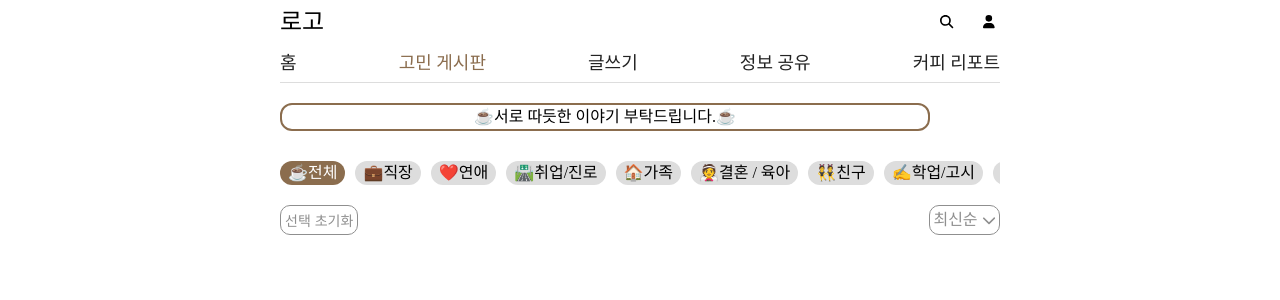
Repository: zlazlazla35/coffee
Page: /list
An editor plug-in stored every save of this project. The page is shown before and after the next save, followed by the edit.
The browser window is 1280 px wide. The pictures show the whole page.
Some web fonts or font styles are not loaded; a fallback is used. The project was rebuilt for these pictures with package versions that can differ from the ones it lists, and the page was loaded fresh each time. The framework's server and built-in components were replaced by stand-ins that run in the browser. Also part of the build but not shown: next.config.mjs.

Above is the page before, as saved 2024-12-26 20:53:50.

### src/app/layout.js
import { Geist, Geist_Mono } from "next/font/google";
import "./globals.css";
import Link from "next/link";
import { FontAwesomeIcon } from '@fortawesome/react-fontawesome'
import { faMagnifyingGlass, faUser } from '@fortawesome/free-solid-svg-icons'
import NavMenu from "./component/NavMenu";

const geistSans = Geist({
  variable: "--font-geist-sans",
  subsets: ["latin"],
});

const geistMono = Geist_Mono({
  variable: "--font-geist-mono",
  subsets: ["latin"],
});

export const metadata = {
  title: "Create Next App",
  description: "Generated by create next app",
};

export default function RootLayout({ children }) {
  return (
    <html lang="en">
      <body className={`${geistSans.variable} ${geistMono.variable}`}>
        <div className="nav_bar">
          <div className="nav_bar_top">
            <Link className="logo" href={'/'}>로고</Link>
            <div className="userBox">
              <button>
                <FontAwesomeIcon icon={faMagnifyingGlass} />
              </button>
              <button>
                <FontAwesomeIcon icon={faUser} />
              </button>
            </div>
          </div>
          <div className="nav_bar_bottom">
          <NavMenu></NavMenu>
          </div>
        </div>
        {children}
      </body>
    </html>
  );
}

### src/app/list/page.js
'use client'
import { useEffect, useRef, useState } from "react"
import { FontAwesomeIcon } from '@fortawesome/react-fontawesome'
import { faChevronDown } from '@fortawesome/free-solid-svg-icons'

export default function List() {
    let [tagList, setTagList] = useState(['☕전체', '💼직장', '❤️연애', '🛣️취업/진로', '🏠가족', '👰결혼 / 육아', '👯친구', '✍️학업/고시', '🚫중독', '💰사업 / 금전', '💉질병 / 질환']);
    let [tagActive, setTagActive] = useState([true, false, false, false, false, false, false, false, false, false, false]);
    let [selectList, setSelectList] = useState(['최신순', '오랜된순', '인기순'])
    let [userSelect, setUserSelect] = useState('')
    const userMenu = useRef();
    const [isOpen, setIsOpen] = useState(false);



    const modalCloseHandler = ({ target }) => {
        if (isOpen && !userMenu.current.contains(target)) setIsOpen(false);
    };

    useEffect(() => {
        window.addEventListener('click', modalCloseHandler);
        return () => {
            window.removeEventListener('click', modalCloseHandler);
        };
    });





    return (
        <div className="liset_page">
            <div className="top_border">
                ☕서로 따듯한 이야기 부탁드립니다.☕
            </div>
            <div className="tag">
                <ul className="tag_list">
                    {
                        tagList.map((item, i) => {

                            return (
                                <li className={tagActive[i] == true ? 'on' : null} key={i} onClick={(e) => {
                                    let copy = [...tagActive];

                                    if (copy[i] == false) {
                                        copy[i] = true;
                                        setTagActive(copy);
                                    } else {
                                        copy[i] = false;
                                        setTagActive(copy);
                                    }

                                    if (e.target.innerHTML !== '☕전체') {
                                        copy[0] = false;
                                        setTagActive(copy);
                                    } else {
                                        let copy2 = [true, false, false, false, false, false, false, false, false, false, false];
                                        setTagActive(copy2);
                                    }
                                }} >{item}</li>
                            )
                        })
                    }
                </ul>
            </div>
            <div className="filterBox">
                <button className="tag_reset">선택 초기화</button>
                <div className="filterSelectBox" ref={userMenu} onClick={() => {
                    setIsOpen(!isOpen)
                }}>
                    <h2 className="title">최신순<FontAwesomeIcon icon={faChevronDown} /></h2>
                    {
                        isOpen ?
                            <ul className="filterSelect">
                                {
                                    selectList.map((item, i)=>{
                                        return(
                                            <li key={i} onClick={(e)=>{
                                                console.log(e.target.innerHTML)
                                            }}>{item}</li>
                                        )
                                    })
                                }
                            </ul>
                            :
                            null
                    }
                </div>
            </div>
        </div>
    )
}

//

### src/app/globals.css
@font-face {
    font-family: 'Ownglyph_StudyHard-Rg';
    src: url('https://fastly.jsdelivr.net/gh/projectnoonnu/2411-3@1.0/Ownglyph_StudyHard-Rg.woff2') format('woff2');
    font-weight: normal;
    font-style: normal;
}
/* /styles/reset.css */
body {font-family: 'Ownglyph_StudyHard-Rg' !important;}
html, body, div, span, applet, object, iframe,
h1, h2, h3, h4, h5, h6, p, blockquote, pre,
a, abbr, acronym, address, big, cite, code,
del, dfn, em, img, ins, kbd, q, s, samp,
small, strike, strong, sub, sup, tt, var,
b, u, i, center,
dl, dt, dd, ol, ul, li,
fieldset, form, label, legend,
table, caption, tbody, tfoot, thead, tr, th, td,
article, aside, canvas, details, embed,
figure, figcaption, footer, header, hgroup,
menu, nav, output, ruby, section, summary,
time, mark, audio, video {
	margin: 0;
	padding: 0;
	border: 0;
	font-size: 100%;
	font: inherit;
	vertical-align: baseline;
}
/* HTML5 display-role reset for older browsers */
article, aside, details, figcaption, figure,
footer, header, hgroup, menu, nav, section {
	display: block;
}
body {
	line-height: 1;
}
ol, ul {
	list-style: none;
}
blockquote, q {
	quotes: none;
}
blockquote:before, blockquote:after,
q:before, q:after {
	content: '';
	content: none;
}
table {
	border-collapse: collapse;
	border-spacing: 0;
}
input:focus {outline: none;}
a {text-decoration: none; color: inherit;}


.nav_bar {width: 100%; max-width: 720px; margin: 0 auto;}
.nav_bar .nav_bar_top {width: 100%; display: flex; align-items: center; justify-content: space-between; box-sizing: border-box; padding: 10px 0; }
.nav_bar .nav_bar_top .logo {font-size: 24px; }
.nav_bar .nav_bar_top .userBox {display: flex; align-items: center;}
.nav_bar .nav_bar_top .userBox button {width: 22px; display: block; background: none; border: none; padding: 0;}
.nav_bar .nav_bar_top .userBox button {margin-right: 20px;}
.nav_bar .nav_bar_top .userBox button:last-child {margin-right: 0;}
.nav_bar .nav_bar_bottom {width: 100%; }
.nav_bar .nav_bar_bottom .nav_list {display: flex; align-items: center; justify-content: space-between; box-sizing: border-box; padding: 10px 0; border-bottom: 1px solid #ddd;}
.nav_bar .nav_bar_bottom .nav_list li { font-size: 18px; color: #232323; }
.nav_bar .nav_bar_bottom .nav_list li a.active {color: #8b6d4e; }


.liset_page {width: 100%; max-width: 720px; margin: 0 auto;}
.liset_page .top_border {width: 100%; max-width: 650px; border: 2px solid #8b6d4e; border-radius: 12px; display: flex; align-items: center; justify-content: center; font-size: 16px; box-sizing: border-box; padding: 4px; margin: 20px 0 30px;}
.liset_page .tag {width: 100%;}
.liset_page .tag .tag_list {width: 100%; display: flex; align-items: center; white-space: nowrap; overflow-x: scroll;}
.liset_page .tag .tag_list::-webkit-scrollbar {height: 8px;}
.liset_page .tag .tag_list::-webkit-scrollbar-thumb {background: #a89f96; border-radius: 10px; }
.liset_page .tag .tag_list::-webkit-scrollbar-track {background: rgba(123, 87, 8, 0.1); }
.liset_page .tag .tag_list li {background: #ddd; font-size: 16px; box-sizing: border-box; padding: 4px 8px; border-radius: 12px; margin-right: 10px; cursor: pointer;}
.liset_page .tag .tag_list li:last-child {margin-right: 0;}
.liset_page .tag .tag_list li.on {background: #8b6d4e; color: #fff;}
.liset_page .filterBox {width: 100%; display: flex; align-items: center; justify-content: space-between;}
.liset_page .filterBox .filterSelectBox {display: flex; position: relative; border: 1px solid #8f8f8f; border-radius: 10px; width: 100%; max-width: 69px; height: 28px; align-items: center; justify-content: center; margin: 20px 0; cursor: pointer;}
.liset_page .filterBox .filterSelectBox .title {font-size: 16px; color: #8f8f8f;}
.liset_page .filterBox .filterSelectBox .title svg {font-size: 14px; margin-left: 4px;}
.liset_page .filterBox .filterSelectBox .filterSelect {position: absolute; left: 50%; top: 34px; width: 100%; transform: translateX(-50%); border-radius: 8px; overflow: hidden;}
.liset_page .filterBox .filterSelectBox .filterSelect {width: 100%; box-shadow: 2px 2px 12px rgba(0, 0, 0, 0.2);}
.liset_page .filterBox .filterSelectBox .filterSelect li {width: 100%; text-align: center; box-sizing: border-box; padding: 6px 0; border-bottom: 1px solid #ddd; font-size: 16px; color: #8f8f8f;}


.liset_page .filterBox .tag_reset{display: inline-block; box-sizing: border-box; padding: 4px; border: 1px solid #8f8f8f; background: none; color: #8f8f8f; font-size: 14px; border-radius: 10px;}

### src/app/component/NavMenu.js
'use client'

import Link from "next/link";
import { usePathname } from "next/navigation";

export default function NavMenu() {
    const pathname = usePathname();

    return (
        <ul className="nav_list">
            <li>
                <Link href={'/'}>홈</Link>
            </li>
            <li>
                <Link className={pathname == '/list'? 'active' : null} href={'/list'}>고민 게시판</Link>
            </li>
            <li>
                <Link className={pathname == '/writing'? 'active' : null} href={'/writing'}>글쓰기</Link>
            </li>
            <li>
                <Link className={pathname == '/share'? 'active' : null} href={'/share'}>정보 공유</Link>
            </li>
            <li>
                <Link className={pathname == '/report'? 'active' : null} href={'/report'}>커피 리포트</Link>
            </li>
        </ul>
    )
}

After the next save:
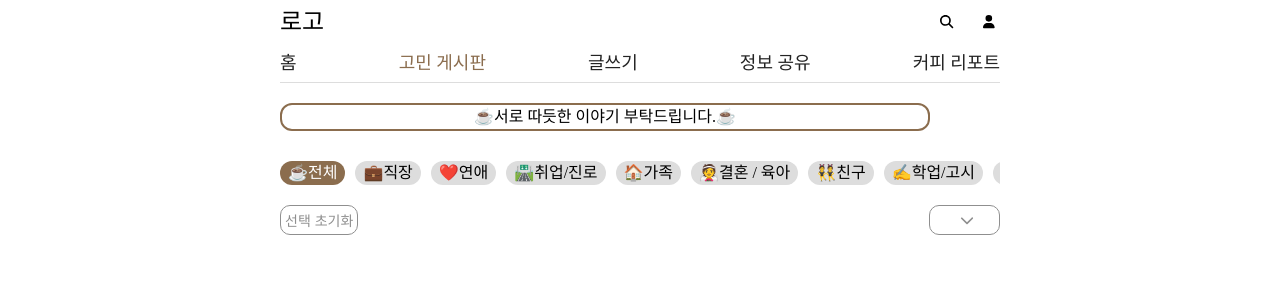
Saved 34 s later.
--- a/src/app/list/page.js
+++ b/src/app/list/page.js
@@ -68,7 +68,7 @@ export default function List() {
                 <div className="filterSelectBox" ref={userMenu} onClick={() => {
                     setIsOpen(!isOpen)
                 }}>
-                    <h2 className="title">최신순<FontAwesomeIcon icon={faChevronDown} /></h2>
+                    <h2 className="title">{userSelect}<FontAwesomeIcon icon={faChevronDown} /></h2>
                     {
                         isOpen ?
                             <ul className="filterSelect">
@@ -76,7 +76,7 @@ export default function List() {
                                     selectList.map((item, i)=>{
                                         return(
                                             <li key={i} onClick={(e)=>{
-                                                console.log(e.target.innerHTML)
+                                                setUserSelect(e.target.innerHTML);
                                             }}>{item}</li>
                                         )
                                     })

After the save that followed:
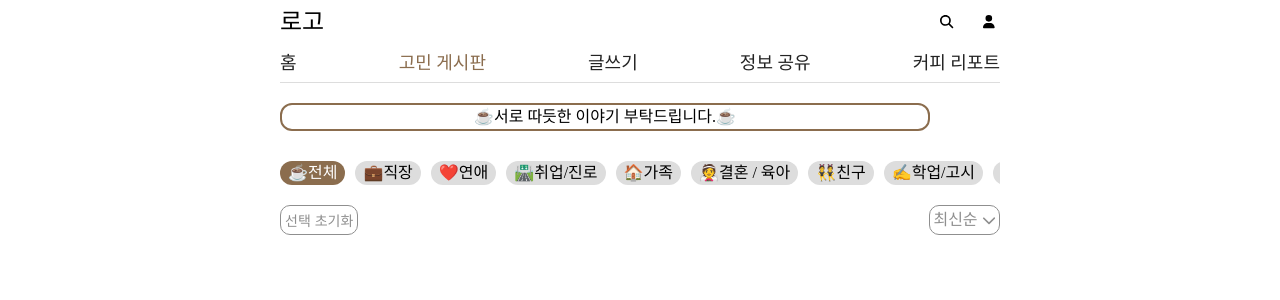
Saved 6 s later.
--- a/src/app/list/page.js
+++ b/src/app/list/page.js
@@ -7,7 +7,7 @@ export default function List() {
     let [tagList, setTagList] = useState(['☕전체', '💼직장', '❤️연애', '🛣️취업/진로', '🏠가족', '👰결혼 / 육아', '👯친구', '✍️학업/고시', '🚫중독', '💰사업 / 금전', '💉질병 / 질환']);
     let [tagActive, setTagActive] = useState([true, false, false, false, false, false, false, false, false, false, false]);
     let [selectList, setSelectList] = useState(['최신순', '오랜된순', '인기순'])
-    let [userSelect, setUserSelect] = useState('')
+    let [userSelect, setUserSelect] = useState('최신순')
     const userMenu = useRef();
     const [isOpen, setIsOpen] = useState(false);
 
